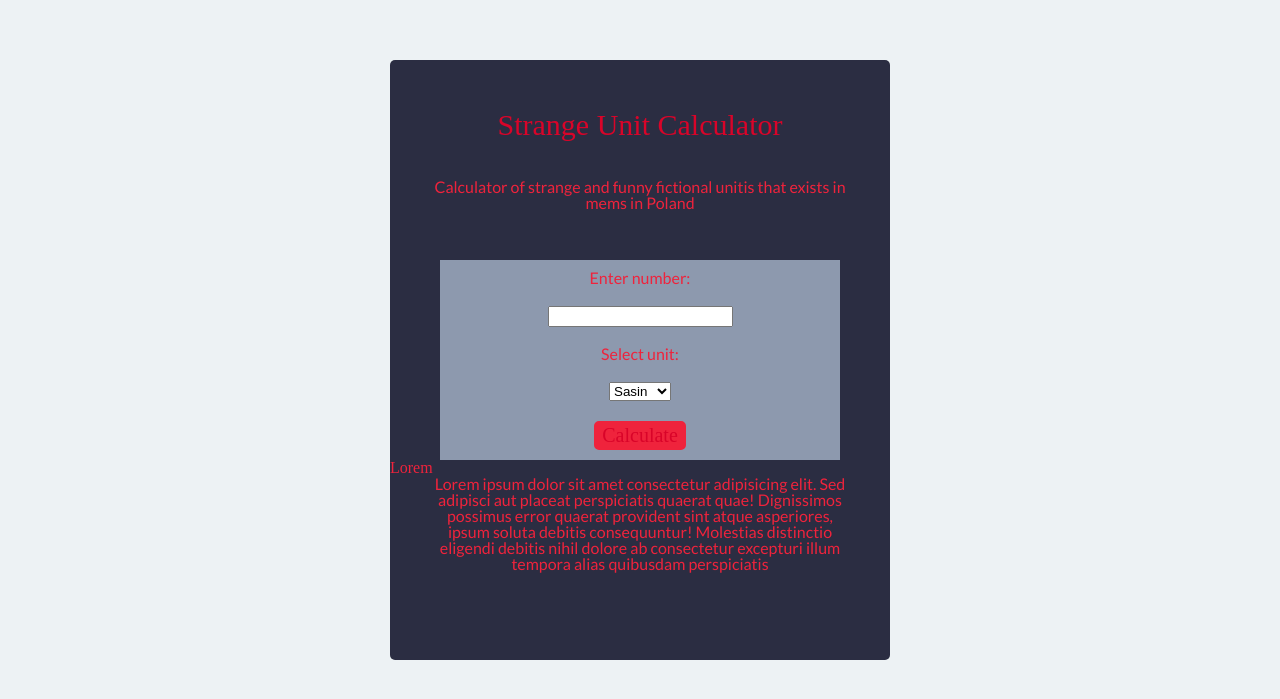
Repository: Gibon9/Calc2
Page: index.html
These files come from the project's save history. The page is drawn as it stood at one moment and after the next save; the edit follows.
The browser window is 1280 px wide. The pictures show the whole page.
The pointer rests on the first visible `.calc-button`.
Some web fonts or font styles are not loaded; a fallback is used.

Above is the page before, as saved 2020-11-25 11:02:33.

After the next save:
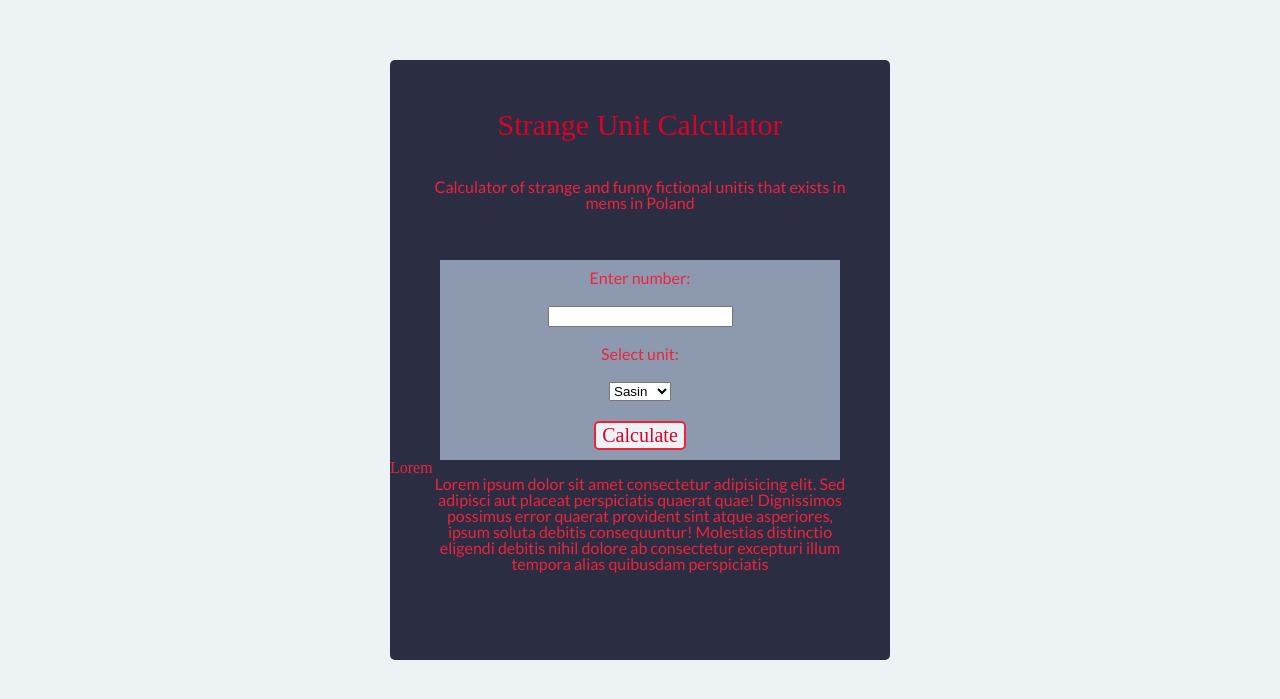
Saved 24 min 8 s later.
--- a/styles/style.css
+++ b/styles/style.css
@@ -95,7 +95,7 @@ option {
 
 .calc-button:hover {
   color: var(--text-dark);
-  background-color: var(--text-light);
+  background-color: var(--body-color);
 }
 
 .description {
